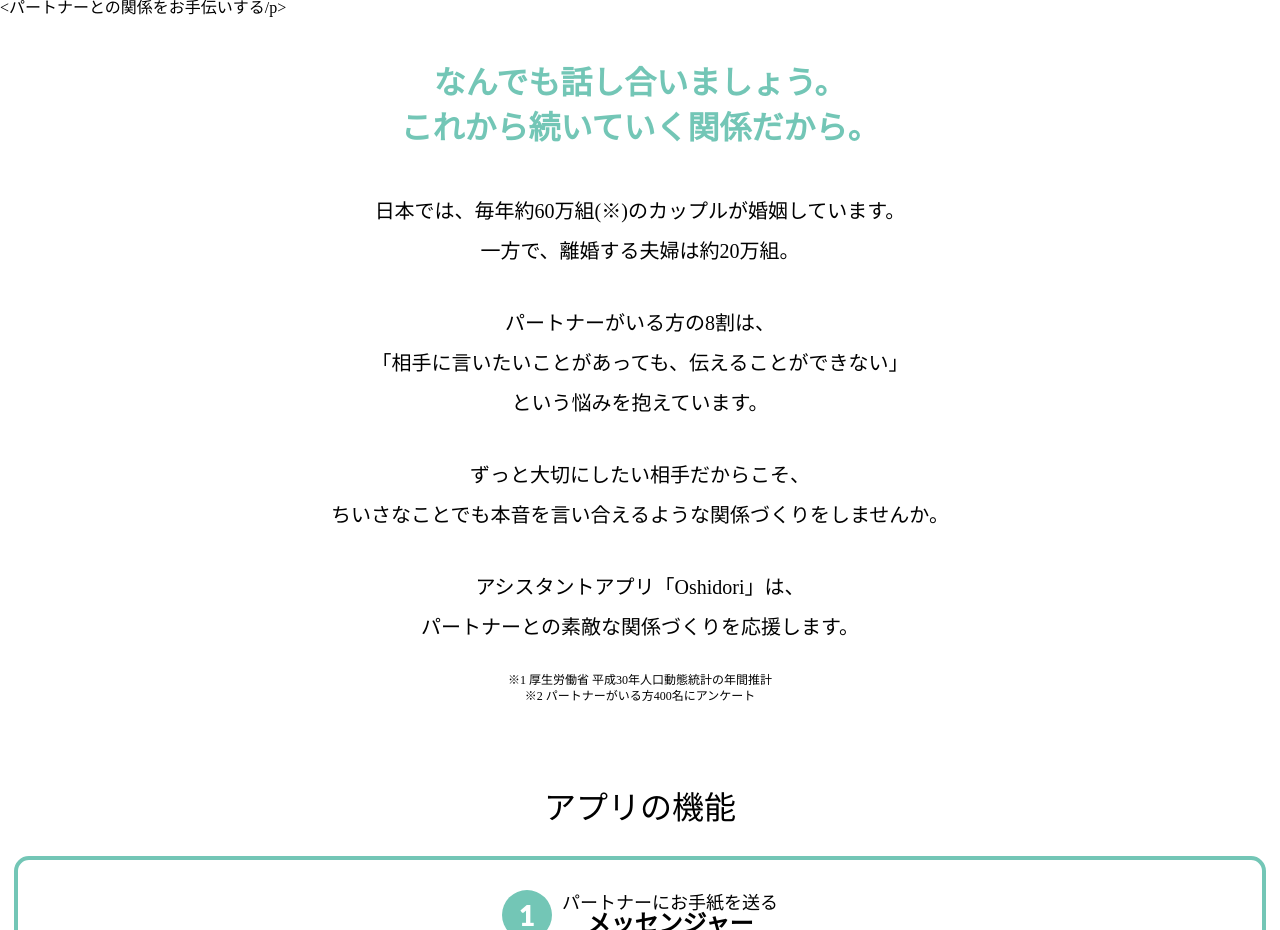
Repository: YamaTatsu10969/Oshidori_LP
Page: Oshidori.html
An editor plug-in stored every save of this project. The page is shown before and after a run of saves, followed by the edit.
The browser window is 1280 px wide. The pictures show the part of the page from y = 0 to 930 px (the page is 2510 px tall).
A picture or video elsewhere on the page could not be fetched, so the positions and the page height are approximate.

Above is the page before, as saved 2019-05-26 00:05:51.

### Oshidori.html
<!DOCTYPE html>
<html lang="ja">

<head>
    <meta charset="utf8" />
    <meta data-n-head="true" data-hid="viewport" name="viewport" content="width=device-width, initial-scale=1" />

    <!-- 外部CSS読み込み -->
    <link rel="stylesheet" type="text/css" href="Oshidori.css" />
    <link rel="stylesheet" type="text/css" href="reset.css" />
    <title>Oshidori</title>
</head>

<body>

    <div class="header">
        <div class="subtitle">
            <p><パートナーとの関係をお手伝いする/p>
        </div>
    </div>

    <div class="common-container">
        <div class="couple-discription-title">
            <p>
                なんでも話し合いましょう。
            </p>
            <p>これから続いていく関係だから。</p>
        </div>
        <div class="couple-discription">
            <p>日本では、毎年約60万組(※)のカップルが婚姻しています。</p>
            <p>一方で、離婚する夫婦は約20万組。</p>
            <br /><br />
            <p>パートナーがいる方の8割は、</p>
            <p>「相手に言いたいことがあっても、伝えることができない」</p>
            <p>という悩みを抱えています。</p>
            <br /><br />
            <p>ずっと大切にしたい相手だからこそ、</p>
            <p>
                ちいさなことでも本音を言い合えるような関係づくりをしませんか。
            </p>
            <br /><br />
            <p>アシスタントアプリ「Oshidori」は、</p>
            <p>パートナーとの素敵な関係づくりを応援します。</p>
        </div>
        <div class="data-annotation">
            <p>
                ※1 厚生労働省 平成30年人口動態統計の年間推計
            </p>
            <p>
                ※2 パートナーがいる方400名にアンケート
            </p>
        </div>
    </div>

    <div class="common-container">
        <div class="category-title">アプリの機能</div>
        <div class="function-container">
            <div class="function-title-container">
                <div class="function-number-container">
                    <div class="function-number-circle">
                        <p class="function-number">1</p>
                    </div>
                </div>
                <div class="function-title-box">
                    <p class="function-sub-title">パートナーにお手紙を送る</p>
                    <p class="function-main-title">メッセンジャー</p>
                </div>
            </div>
            <div class="function-second-container">
                <div class="discription-container">
                    <p class="discription">
                        キャラクター「おしどりちゃん」に、<br />パートナーに言いたいことを伝えましょう。<br /><br />日々の感謝も、<br />ごめんなさいも、<br />直接は言いにくいことも。<br /><br />おしどりちゃんがあなたに代わって<br />メッセージをお届けします。
                    </p>
                </div>
                <div class="screenshot-container">
                    <img class="screenshot"
                        src="https://storage.googleapis.com/production-os-assets/assets/b4ccea48-72f2-408b-b13f-607bd91c3bba" />
                </div>
            </div>
        </div>
        <div class="function-container">
            <div class="function-title-container">
                <div class="function-number-container">
                    <div class="function-number-circle">
                        <p class="function-number">2</p>
                    </div>
                </div>
                <div class="function-title-box">
                    <p class="function-sub-title">みんなのお手紙が見れる</p>
                    <p class="function-main-title">タイムライン</p>
                </div>
            </div>
            <div class="function-second-container">
                <div class="discription-container">
                    <p class="discription">
                        「みんなは、どんな風にパートナーと<br />コミュニケーションを取っているんだろう」
                        <br /><br />アプリでは、他のひとがどんなことを日々<br />パートナーに伝えているのか<br />匿名のタイムラインを見ることができます。<br /><br />ありがとうのバリエーションを増やしたり、<br />パートナーへのお願いごとの参考にしたり。<br /><br />いいねの話する？どうしよ。
                    </p>
                </div>
                <div class="screenshot-container">
                    <img class="screenshot"
                        src="https://storage.googleapis.com/production-os-assets/assets/b410fa60-d9aa-4390-a7ce-60d663a021e7" />
                </div>
            </div>
        </div>
    </div>

    <div class="common-container">
        <div class="couple-discription-title">
            <p>
                はじめよー！
            </p>
        </div>
        <div class="app-store-container">
            <img
                src="https://storage.googleapis.com/production-os-assets/assets/0e5cd2e5-9d30-45c1-a054-06c7d8aa53ff" />
        </div>
    </div>

    <div class="common-container">
        <div class="category-title">
            制作者紹介
        </div>
        <div class="developer-container"></div>
    </div>

</body>

</html>

### Oshidori.css
@charset "UTF-8";


@media screen and (max-width: 750px) {
    .header>.subtitle {
        font-size: 24px;
        width: 100%;
        max-width: 100%;
    }
}

















/* なんでも話し合いましょう、のところ*/
.couple-discription-title {
    padding: 20px;
}

@media screen and (max-width: 750px) {
    .couple-discription-title {
        padding: 10px;
    }
}

div.couple-discription-title>p {
    line-height: 1.4;
    font-weight: 700;
    font-size: 32px;
    color: #73c6b6;
    text-align: center;
}

/* 480px以下、モバイル用。 */
@media screen and (max-width: 750px) {
    div.couple-discription-title>p {
        line-height: 1.4;
        font-weight: 700;
        font-size: 24px;
        color: #73c6b6;
        text-align: center;
    }
}

/* 説明のところ */
.couple-discription {
    padding: 20px 16px 20px 16px;
}

@media screen and (max-width: 750px) {
    .couple-discription {
        padding: 15px 10px 15px 10px;
    }
}

div.couple-discription>p {
    font-size: 20px;
    line-height: 2;
    text-align: center;
}

/* 480px以下、モバイル用。 */
@media screen and (max-width: 750px) {
    div.couple-discription>p {
        font-size: 14px;
        line-height: 1.8;
        text-align: center;
    }
}

/* アンケートの注意書き */
.data-annotation {
    padding: 5px 0px 5px 0px;
}

div.data-annotation>p {
    font-size: 12px;
    line-height: 1.4;
    text-align: center;
}

/* 480px以下、モバイル用。 */
@media screen and (max-width: 750px) {
    div.data-annotation>p {
        font-size: 9px;
        line-height: 1.2;
        text-align: center;
    }
}

/* アプリの機能すべて、なんでも〜、すべて */
.common-container {
    padding: 25px 0px 25px 0px;
    min-width: calc(100% - 300px);
}

/* 480px以下、モバイル用。 */
@media screen and (max-width: 750px) {
    .common-container {
        padding: 10px 0px 10px 0px;
        min-width: calc(100% - 100px);
    }
}

/* アプリの機能、とかのタイトル */
.category-title {
    font-size: 32px;
    text-align: center;
    margin: 32px 0px 32px 0px;
}

@media screen and (max-width: 750px) {
    .category-title {
        font-size: 20px;
        text-align: center;
        margin: 20px 0px 20px 0px;
    }
}

/*みどりわく*/
.function-container {
    align-content: center;
    border-bottom: solid 4px #73c6b6;
    border-left: solid 4px #73c6b6;
    border-right: solid 4px #73c6b6;
    border-top: solid 4px #73c6b6;
    border-radius: 15px;
    padding: 20px 20px 30px 20px;
    display: flex;
    flex-direction: column;
    align-items: center;
    margin: 0px 14px 20px 14px;
}

/* 機能のタイトル部分のコンテナ。 */
.function-title-container {
    display: flex;
    flex-direction: row;
    align-items: center;
    padding: 10px;
}

.function-title-box {
    display: flex;
    flex-direction: column;
    align-items: center;
    margin-left: 10px;
}

/* パートナーとのやりとり */
.function-sub-title {
    font-size: 18px;
}

/* 480px以下、モバイル用。 */
@media screen and (max-width: 750px) {
    .function-sub-title {
        font-size: 14px;
    }
}

/* メッセージ機能 */
.function-main-title {
    font-size: 24px;
    font-weight: 700;
}

/* 480px以下、モバイル用。 */
@media screen and (max-width: 750px) {
    .function-main-title {
        font-size: 18px;
        font-weight: 700;
    }
}

.function-number-container {
    align-content: center;
    align-items: center;
    background: #73c6b6;
    border-radius: 50%;
    flex: none;
    flex-direction: column;
    flex-wrap: nowrap;
    height: 50px;
    justify-content: center;
    width: 50px;
}

/* 480px以下、モバイル用。 */
@media screen and (max-width: 750px) {
    .function-number-container {
        align-content: center;
        align-items: center;
        background: #73c6b6;
        border-radius: 50%;
        flex: none;
        flex-direction: column;
        flex-wrap: nowrap;
        height: 30px;
        justify-content: center;
        width: 30px;
    }
}

/* 番号のところ */
.function-number-circle {
    height: 50px;
    width: 50px;
    border-radius: 50%;
    line-height: 50px;
    text-align: center;
}

/* 480px以下、モバイル用。 */
@media screen and (max-width: 750px) {
    .function-number-circle {
        height: 30px;
        width: 30px;
        border-radius: 50%;
        text-align: center;
    }
}

/* まるのなかの数字 */
.function-number {
    color: #ffffff;
    font-family: Lato;
    font-size: 28px;
    font-weight: 900;
    height: 50px;
    width: 50px;
    line-height: 50px;
    text-align: center;
    max-width: 100%;
    justify-content: center;
}

/* 480px以下、モバイル用。 */
@media screen and (max-width: 750px) {
    .function-number {
        color: #ffffff;
        font-family: Lato;
        font-size: 12px;
        font-weight: 700;
        height: 30px;
        width: 30px;
        line-height: 30px;
        text-align: center;
        max-width: 100%;
        justify-content: center;
    }
}

/* 機能の説明と画像のcontainer */
/* スマホ用 */
.function-second-container {
    display: flex;
    flex-direction: column-reverse;
    /*縦*/
    align-items: center;
    padding: 10px 0px 10px 0px;
    flex-wrap: nowrap;
    justify-content: space-between;
}

/* 480px以上はPC用レイアウト */
@media screen and (min-width: 750px) {

    /* むむ、これだけminになっちゃっとる…*/
    .function-second-container {
        display: flex;
        flex-direction: row;
        /* 横 */
        align-items: center;
        padding: 20px 0px 30px 0px;
        justify-content: space-between;
    }
}

/* アプリの細かい説明のところ、pタグ */
.discription {
    font-size: 20px;
    line-height: 1.8;
}

/* 480px以下、モバイル用。 */
@media screen and (max-width: 750px) {
    .discription {
        font-size: 14px;
        text-align: center;
        margin-top: 10px;
        margin-bottom: 10px;
    }
}

.screenshot-container {
    display: flex;
    align-items: center;
    justify-content: center;
    max-width: calc(100% - 50px);
    width: 315px;
    margin: 10px 0px 10px 0px;
}

/* 480px以下、モバイル用。 */
@media screen and (max-width: 750px) {
    .screenshot-container {
        display: flex;
        align-items: center;
        justify-content: center;
        max-width: calc(100% - 20px);
        width: 150px;
        margin: 10px 0px 10px 0px;
    }
}

.screenshot {
    border: solid 1px #434645;
    border-radius: 5px;
    height: auto;
    width: 222px;
    max-width: 100%;
}

/* appstoreのボタン */
.app-store-container {
    text-align: center;
    /* ここから！ */
}

div.app-store-container>img {
    height: auto;
    width: 205px;
    max-width: 100%;
}

/*制作者のところの緑枠*/
.developer-container {
    align-content: center;
    border-bottom: solid 4px #73c6b6;
    border-left: solid 4px #73c6b6;
    border-right: solid 4px #73c6b6;
    border-top: solid 4px #73c6b6;
    border-radius: 15px;
    padding: 20px 20px 30px 20px;
    display: flex;
    flex-direction: row;
    align-items: center;
    margin: 0px 14px 20px 14px;
}

.function-description {
    flex-direction: column;
}

.function-description-text {
    align-content: center;
}

### reset.css
@charset "UTF-8";

html,
body,
div,
span,
object,
iframe,
h1,
h2,
h3,
h4,
h5,
h6,
p,
blockquote,
pre,
abbr,
address,
cite,
code,
del,
dfn,
em,
ins,
kbd,
q,
samp,
small,
strong,
sub,
sup,
var,
b,
i,
dl,
dt,
dd,
ol,
ul,
li,
fieldset,
form,
label,
legend,
table,
caption,
tbody,
tfoot,
thead,
tr,
th,
td,
article,
aside,
canvas,
details,
figcaption,
figure,
footer,
header,
hgroup,
menu,
nav,
section,
summary,
time,
mark,
audio,
video {
    margin: 0;
    padding: 0;
    border: 0;
    outline: 0;
    font-size: 100%;
    vertical-align: baseline;
    background: transparent;
    font-weight: normal;
}

img {
    margin: 0;
    padding: 0;
    border: 0;
    outline: 0;
    font-size: 100%;
    vertical-align: bottom;
    background: transparent;
}

/* HTML5 display-role reset for older browsers */
article,
aside,
details,
figcaption,
figure,
footer,
header,
hgroup,
menu,
nav,
section {
    display: block;
}

body {
    line-height: 1;
}

ol,
ul {
    list-style: none;
}

blockquote,
q {
    quotes: none;
}

blockquote:before,
blockquote:after,
q:before,
q:after {
    content: '';
    content: none;
}

table {
    border-collapse: collapse;
    border-spacing: 0;
}

ol,
ul {
    list-style: none;
}

blockquote,
q {
    quotes: none;
}

a {
    margin: 0;
    padding: 0;
    font-size: 100%;
    vertical-align: baseline;
    background: transparent;
    text-decoration: none;
}

ins {
    background-color: #ff9;
    color: #000;
    text-decoration: none;
}

.clearfix:after {
    content: ".";
    display: block;
    height: 0;
    clear: both;
    visibility: hidden;
}

.clearfix {
    display: inline-table;
    min-height: 1%;
}

.clear {
    clear: both;
}

After the next 2 saves:
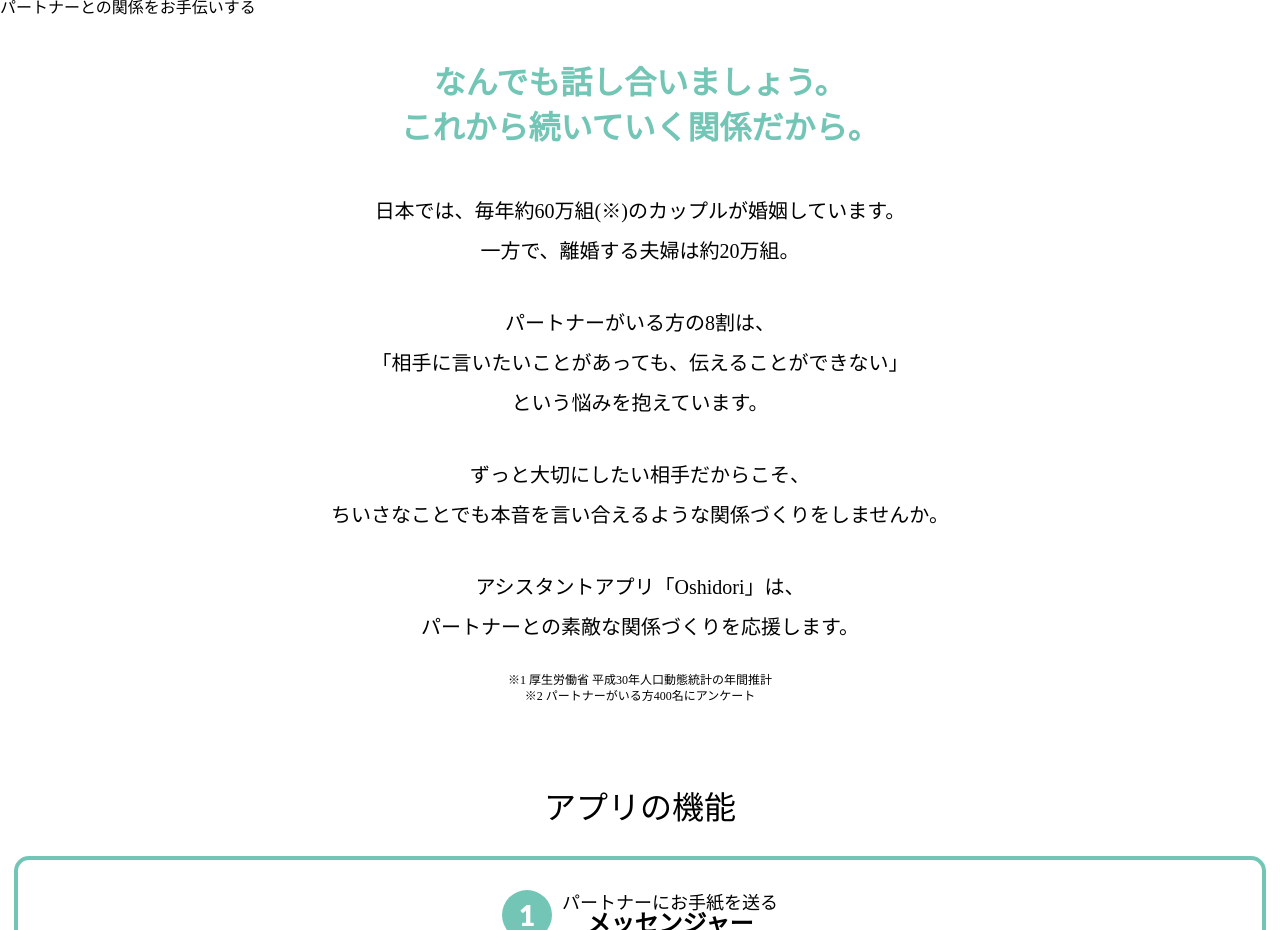
The 2 saves are shown as one change because they came seconds apart.
The last was saved 9 s later.
--- a/Oshidori.html
+++ b/Oshidori.html
@@ -15,7 +15,7 @@
 
     <div class="header">
         <div class="subtitle">
-            <p><パートナーとの関係をお手伝いする/p>
+            <p>パートナーとの関係をお手伝いする</p>
         </div>
     </div>
 
